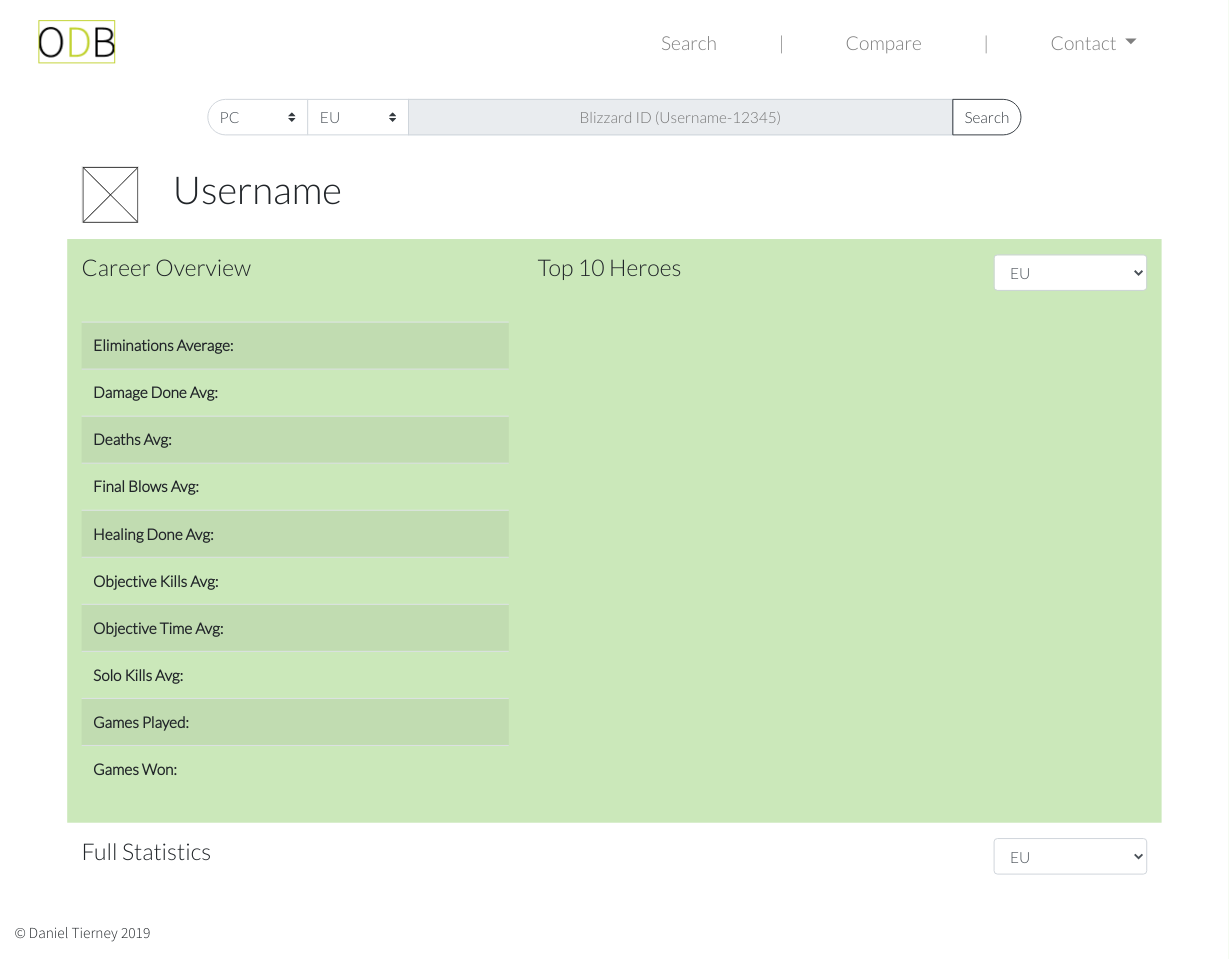
Repository: Cobonkoi/overwatch-dashboard
Page: search.html
The author's editor kept a record of every edit. The page is drawn from the files as they stood at one moment, then again after the next edit.
The browser window is 1280 px wide. The pictures show the whole page, at 96% of full size.

Above is the page before.

After the next edit:
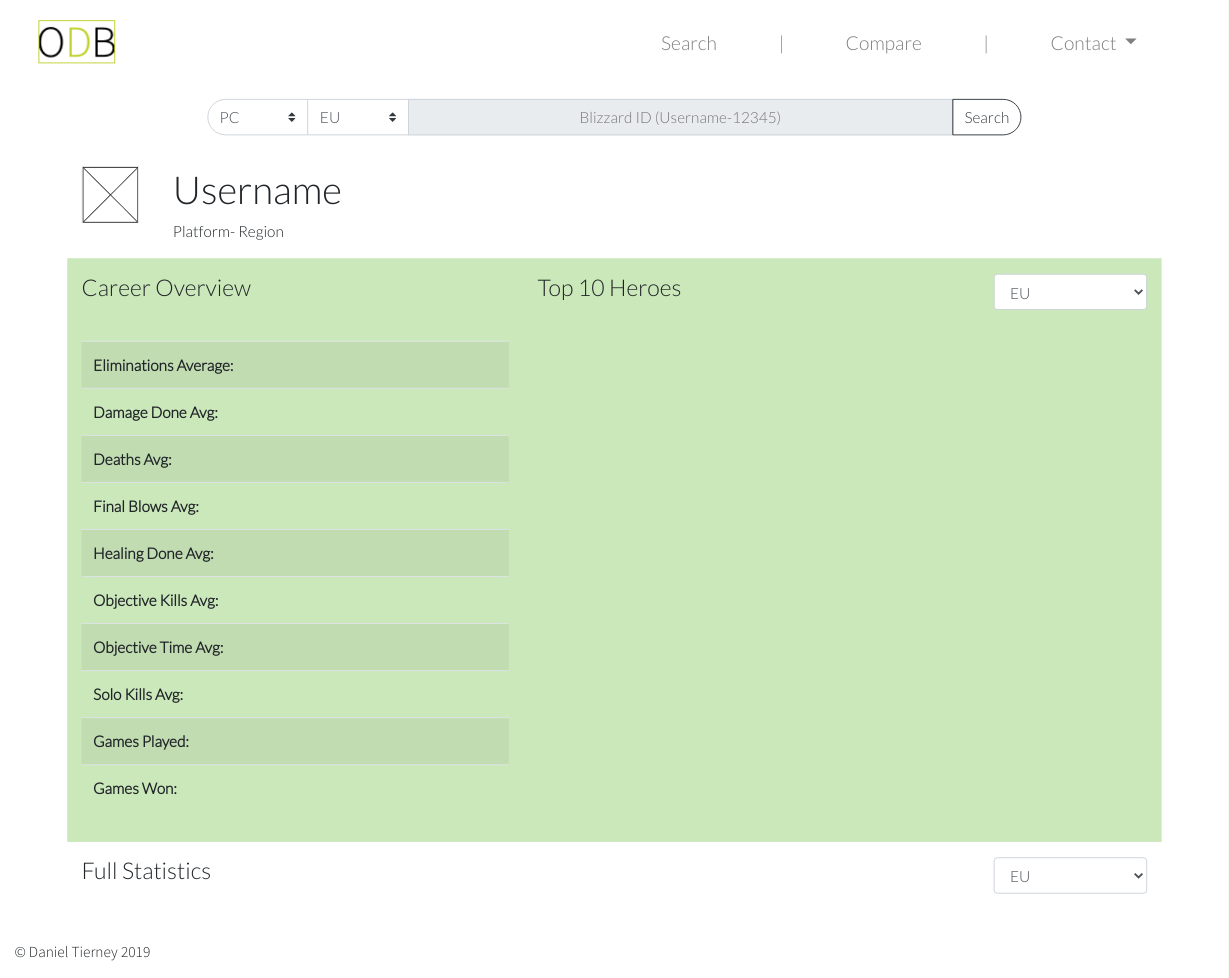
The edit:
--- a/search.html
+++ b/search.html
@@ -115,7 +115,7 @@
             </div>
             <div class="col-3 mb-3">
                 <h1 class="" id="">Username</h1>
-                <!-- Platform - Region -->
+                <span class="" id="profilePlatform">Platform</span><span class="" id="profileRegion">- Region</span>
             </div>
             <div class="col-2 mb-3">
                 <!-- Account Level -->
